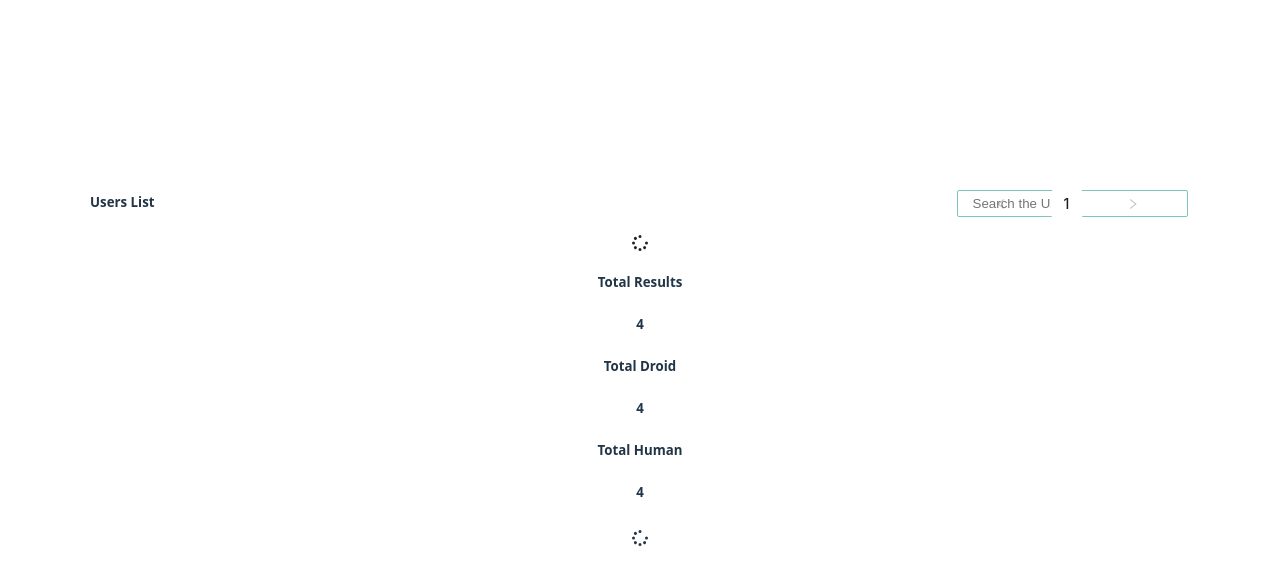
Repository: jassi73/DataTable
Page: /
An editor plug-in stored every save of this project. The page is shown before and after the next save, followed by the edit.
The browser window is 1280 px wide. The pictures show the whole page.
The page's requests for data from a server got no answer. The project was rebuilt for these pictures with package versions that can differ from the ones it lists, and the page was loaded fresh each time. No one was signed in, and anything a server would have sent is missing. Also part of the build but not shown: vite.config.js.

Above is the page before, as saved 2023-05-14 23:27:40.

### src/main.jsx
import './index.css'

import {
  QueryClient,
  QueryClientProvider,
} from '@tanstack/react-query'

import App from './App.jsx'
import ReactDOM from 'react-dom/client'

const queryClient = new QueryClient()
ReactDOM.createRoot(document.getElementById('root')).render(
   <QueryClientProvider client={queryClient}>
    <App />
    </QueryClientProvider>
)

### src/index.css
:root {
  font-family: Titillium, system-ui, Avenir, Helvetica, Arial, sans-serif;
  line-height: 1.5;
  font-weight: 400;

  color-scheme: light dark;
  color: rgba(255, 255, 255, 0.87);
  background-color: #242424;

  font-synthesis: none;
  text-rendering: optimizeLegibility;
  -webkit-font-smoothing: antialiased;
  -moz-osx-font-smoothing: grayscale;
  -webkit-text-size-adjust: 100%;
}

a {
  font-weight: 500;
  color: #646cff;
  text-decoration: inherit;
}
a:hover {
  color: #535bf2;
}

body {
  margin: 0;
  display: flex;
  place-items: center;
  min-width: 320px;
  min-height: 100vh;
}

h1 {
  font-size: 3.2em;
  line-height: 1.1;
}

button {
  border-radius: 8px;
  border: 1px solid transparent;
  padding: 0.6em 1.2em;
  font-size: 1em;
  font-weight: 500;
  font-family: inherit;
  background-color: #1a1a1a;
  cursor: pointer;
  transition: border-color 0.25s;
}
button:hover {
  border-color: #646cff;
}
button:focus,
button:focus-visible {
  outline: 4px auto -webkit-focus-ring-color;
}

@media (prefers-color-scheme: light) {
  :root {
    color: #213547;
    background-color: #ffffff;
  }
  a:hover {
    color: #747bff;
  }
  button {
    background-color: #f9f9f9;
  }
}

### src/App.jsx
import "./App.css";

import {
  faQuestion,
  faSpinner,
  faUser,
  faEye,
  faEyeSlash,
  faCircleExclamation,
} from "@fortawesome/free-solid-svg-icons";
import { Pagination } from 'antd';
import Datatable from "react-data-table-component";
import { FontAwesomeIcon } from "@fortawesome/react-fontawesome";
import InputBox from "./Components/InputBox";
import { useQuery } from "@tanstack/react-query";
import { useState } from "react";
import { useDebounce } from "./Hooks/useDebounce";
import SpeciesModal from "./Components/SpeciesModal";
import Card from "./Components/Card";

const App = () => {
  const [page, setPage] = useState(1);
  const [searchQuery, setSearchQuery] = useState("");
  const [openSpeciesModal, setOpenSpeciesModal] = useState(false)
  const [speciesUrl, setSpeciesUrl] = useState('')

  const debouncedSearchTerm = useDebounce(searchQuery, 800);

  let url = `https://swapi.dev/api/people/?page=${page}`;
  if (!!debouncedSearchTerm) {
    url += `&search=${debouncedSearchTerm}`;
  }

  const { isLoading, data, isError } = useQuery({
    queryKey: ["users", debouncedSearchTerm, page],
    queryFn: () => fetch(url).then((res) => res.json()),
  });


  const openModal =(url)=>{
    setSpeciesUrl(url)
    setOpenSpeciesModal(true)
  }

  const handlePagination =(page)=>{
    setPage(page)
  }

  const handleCancel = ()=>{
    setOpenSpeciesModal(false)
  }
  const handleOk = ()=>{
    setOpenSpeciesModal(false)
  }


  const columns = [
    {
      name: "Type",
      cell: (row) => {
        if (row.gender === "male" || row.gender === "female") {
          return (
            <div>
              <FontAwesomeIcon icon={faUser} />
            </div>
          );
        } else {
          return (
            <div>
              <FontAwesomeIcon icon={faQuestion} />
            </div>
          );
        }
      },
    },
    {
      name: "Name",
      selector: (row) => (row.name ? row.name : ""),
      sortable: true,
    },
    {
      name: "Gender",
      selector: (row) => row.gender,
      sortable: true,
    },
    {
      name: "Height",
      selector: (row) => row.height,
      sortable: true,
    },
    {
      name: "DOB",
      selector: (row) => row.birth_year,
      sortable: true,
    },
    {
      name: "Eye Color",
      selector: (row) => row.eye_color,
    },
    {
      name: "Hair Color",
      selector: (row) => row.hair_color,
    },
    {
      name: "Skin Color",
      selector: (row) => row.skin_color,
    },
    {
      name: "Mass",
      selector: (row) => row.mass,
    },
    {
      name: "Species",
      cell: (row) => {
        if (row?.species &&row?.species.length>0) {
          return (
            <div>
              <FontAwesomeIcon icon={faEye} onClick={()=>openModal(row?.species[0])} />
            </div>
          );
        } else {
          return (
            <div>
              <FontAwesomeIcon icon={faEyeSlash} />
            </div>
          );
        }
      },
    },

  ];

  return (
    <div>
      <div className="header">
        <h5>Users List</h5>
        <InputBox
          value={searchQuery}
          placeholder="Search the User"
          onChange={(e) => {
            setPage(1)
            setSearchQuery(e.target.value)
            }}
        />
      </div>
      {isError&& <FontAwesomeIcon icon={faCircleExclamation} />}
      <Datatable
        selectableRows
        fixedHeader={true}
        data={data?.results}
        columns={columns}
        responsive
        progressPending={isLoading}
        progressComponent={<FontAwesomeIcon icon={faSpinner} />}
      />
      <div>
      <Pagination className="paginationCard" current={page} showSizeChanger={false} pageSize={10} total={data?.count} onChange={handlePagination} />
      </div>
      <div className="cardContainer">
<Card cardName="Total Results" count={4}/>
<Card cardName="Total Droid" count={4}/>
<Card cardName="Total Human" count={4}/>
      </div>
      <SpeciesModal open={openSpeciesModal} handleCancel={handleCancel} handleOk={handleOk} speciesUrl={speciesUrl} />
    </div>
  );
};
export default App;

### src/App.css
@import url("https://fonts.googleapis.com/css?family=Titillium+Web:200,600");
#root {
  max-width: 1280px;
  margin: 0 auto;
  padding: 2rem;
  text-align: center;
}

.logo {
  height: 6em;
  padding: 1.5em;
  will-change: filter;
  transition: filter 300ms;
}
.logo:hover {
  filter: drop-shadow(0 0 2em #646cffaa);
}
.logo.react:hover {
  filter: drop-shadow(0 0 2em #61dafbaa);
}
.header{
  display: flex;
  width:1107px;
}
.dataTable{
  min-height:0vh !important;
}

.paginationCard{
  position: absolute;
  text-align: right;
  margin-top: -63px;
  z-index: 2;
  width: 85%;
}
.header h5 {

  width: 7%;
}
tr {
  text-align:center;
  border:1px solid #000;
}
table{
  width:100%
}
.dcwxpB{

  position: relative;
    width: 100%;
    border-radius: inherit;
    overflow-x: auto;
    overflow-y: auto;
    min-height: 100vh !important;
    max-height: 100vh;
}
@keyframes logo-spin {
  from {
    transform: rotate(0deg);
  }
  to {
    transform: rotate(360deg);
  }
}
.hWTGA-D {
  display: flex;
    align-items: stretch;
    width: 100%;
    background-color: #7bc5bd !important;
    min-height: 52px;
    border: 1px solid rgba(41, 36, 36, 0.12);
}
.sc-kRYBTm {
 cursor: pointer;
    border: 1px solid rgba(0,0,0,.12);
}
.kpGYlU{
  flex: 1 0 auto;
  font-weight: 400;
  text-align: left !important;
}
.inputBox{
  position: relative;
  text-align: right;
  width: 100%;
  margin-top: 13px;
  padding: 6px;
}
.inputBox input{
  padding-left: 15px;
  width: 212px;
  height: 23px;
  border-radius: 2px;
  border: 1px solid #7bc5bd;
}
ul{
  display: flex;
    list-style: none;
    gap: 26px;
    justify-content: flex-end;
}
@media (prefers-reduced-motion: no-preference) {
  a:nth-of-type(2) .logo {
    animation: logo-spin infinite 20s linear;
  }
}

.card {
  padding: 2em;
}

.read-the-docs {
  color: #888;
}

### src/Components/InputBox.jsx


const InputBox = (props) => {
    const {placeholder, onChange, value} = props
  return (
    <div className="inputBox">
       <input type="text" value={value} placeholder={placeholder} onChange={onChange} />
    </div>
  )
}

export default InputBox

### src/Hooks/useDebounce.jsx
import { useEffect, useState } from "react";

// Hook
export function useDebounce(value, delay) {
    // State and setters for debounced value
    const [debouncedValue, setDebouncedValue] = useState(value);
    useEffect(
      () => {
        // Update debounced value after delay
        const handler = setTimeout(() => {
          setDebouncedValue(value);
        }, delay);
        return () => {
          clearTimeout(handler);
        };
      },
      [value, delay] // Only re-call effect if value or delay changes
    );
    return debouncedValue;
  }

### src/Components/SpeciesModal.jsx
import { Modal } from "antd";
import { useQuery } from "@tanstack/react-query";
import { FontAwesomeIcon } from "@fortawesome/react-fontawesome";
import {
  faQuestion,
  faSpinner,

} from "@fortawesome/free-solid-svg-icons";

const SpeciesModal = ({ handleOk, open, handleCancel, speciesUrl }) => {
  const { isLoading, data } = useQuery({
    queryKey: ["species"],
    queryFn: () => fetch(speciesUrl).then((res) => res.json()),
  });

  if (isLoading) {
    return (
      <div>
        <FontAwesomeIcon icon={faSpinner} />
      </div>
    );
  }

  return (
    <Modal title="Species" open={open} onOk={handleOk} onCancel={handleCancel}>
      {!isLoading && (
        <table >
          <tr>
            <th>Type</th>
            <th>Languege</th>
            <th>Designation</th>
          </tr>
          <tr >
            <td>
              {data?.name === "Droid" && <FontAwesomeIcon icon={faQuestion} />}
            </td>
            <td>{data?.language}</td>
            <td>{data?.designation}</td>
          </tr>
        </table>
      )}
    </Modal>
  );
};

export default SpeciesModal;

### src/Components/Card.jsx

const Card = (props) => {
    const {cardName, count} = props
  return (
    <div>
        <h5>{cardName}</h5>
        <h5>
            {count}
        </h5>
    </div>
  )
}

export default Card

Loaded but not shown: index.html (common file)

After the next save:
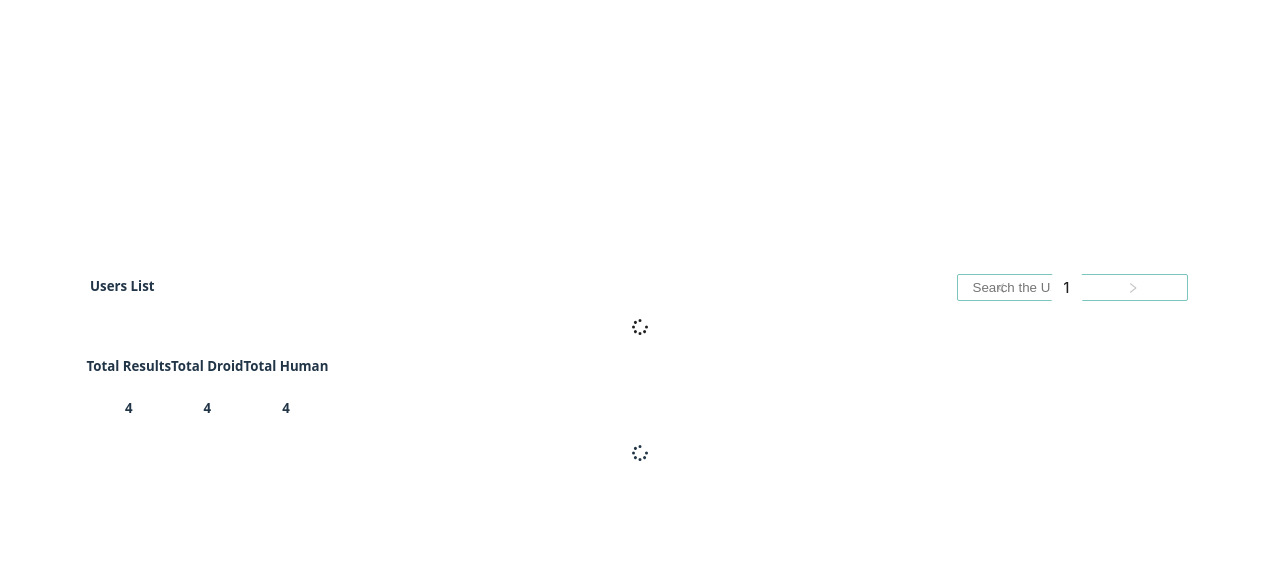
Saved 18 s later.
--- a/src/App.css
+++ b/src/App.css
@@ -43,6 +43,9 @@ tr {
 }
 table{
   width:100%
+}
+.cardContainer{
+  display: flex;
 }
 .dcwxpB{
 
